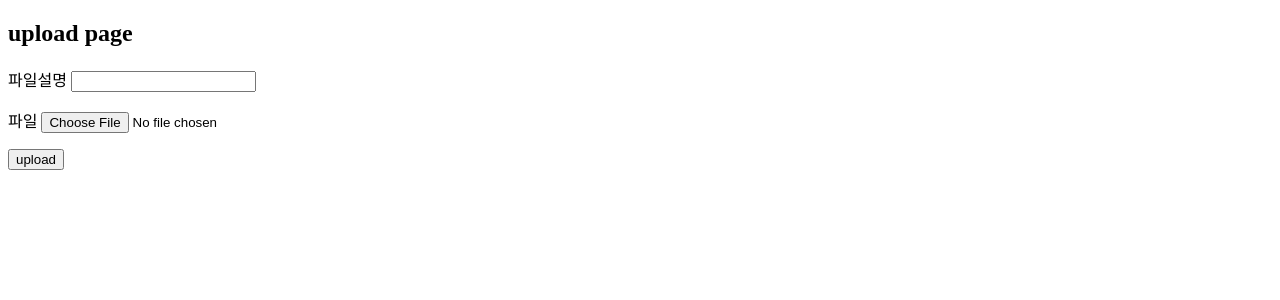
Repository: porivas/140630_Java
Page: http://localhost/140929_mp3_Prof/upload
The author's editor kept a copy of each file at every save. The page is drawn from the files as they stood at one save, then again after the next save.
The browser window is 1280 px wide. The pictures show the whole page.
The page is served by Tomcat 9.

Above is the page before, as saved 2014-09-29 10:49:24.

After the next save:
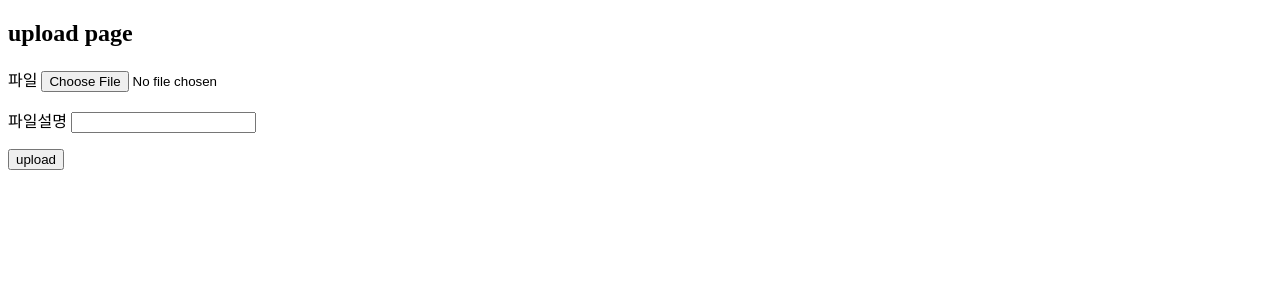
Saved 92 s later.
--- a/140929_mp3_Prof/WebContent/WEB-INF/jsp/upload.jsp
+++ b/140929_mp3_Prof/WebContent/WEB-INF/jsp/upload.jsp
@@ -11,10 +11,11 @@
 	<h2>upload page</h2>
 
 	<form action = "upload" method="post">
+
+	</form>
+	<form method="post" action="upload" >
+	<p> 파일 <input type = "file" name="filename"></p>
 	<p> 파일설명 <input type = "text" name="desc"></p>
-	</form>
-	<form method="post" action="upload" enctype="multipart/form-data">
-	<p> 파일 <input type = "file" name="filename"></p>
 	<p><input type='submit' value='upload'></p>
 	</form>
 
